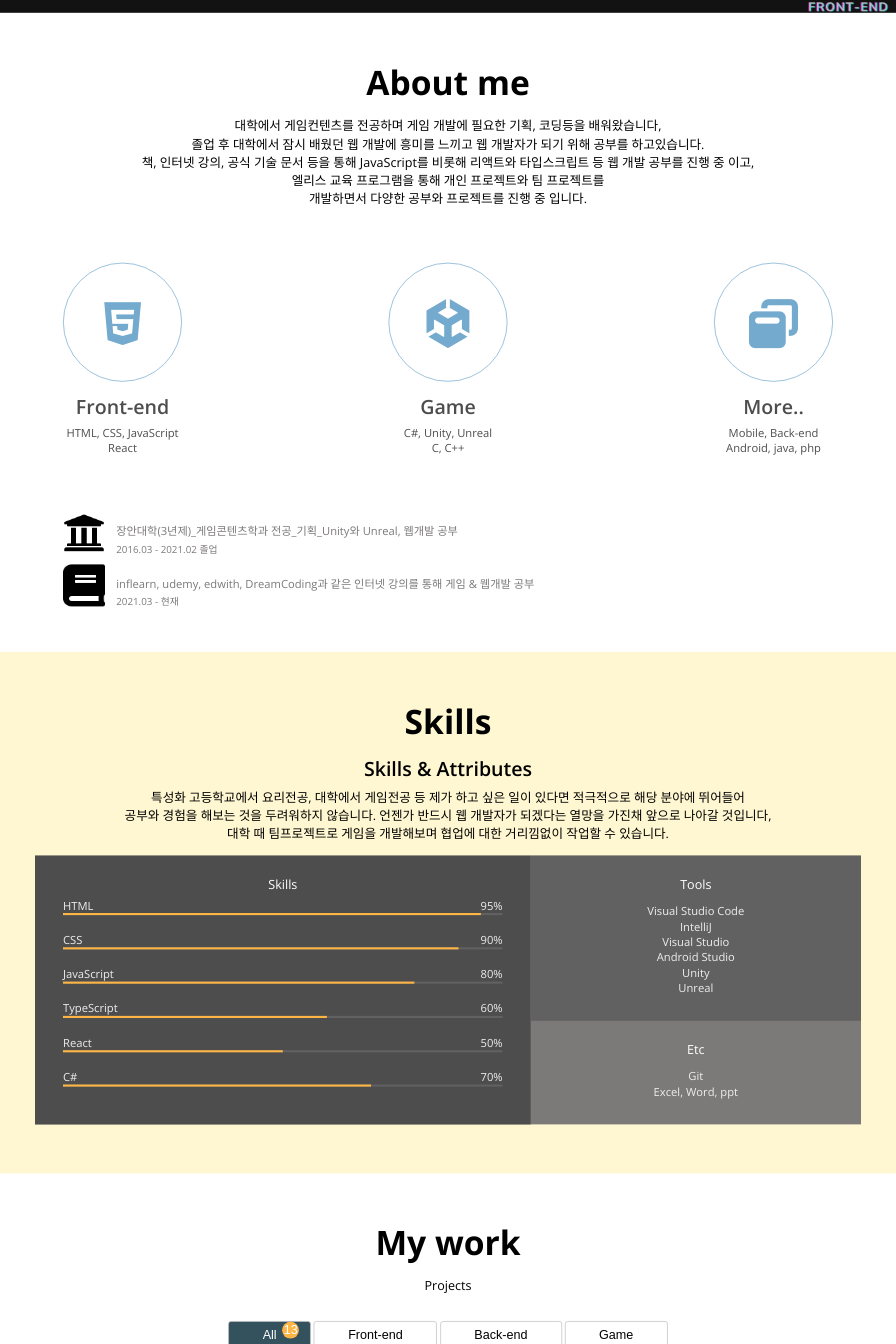
Repository: ydk1204/Web_Portfolio
Page: index.html
These files come from the project's save history. The page is drawn as it stood at one moment and after the next save; the edit follows.
The browser window is 1280 px wide. The pictures show the part of the page from y = 695 to 2615 px (the page is 4797 px tall before and 4771 px after), at 70% of full size.
Some web libraries are served in a nearby version.

Above is the page before, as saved 2022-01-14 00:14:09.

After the next save:
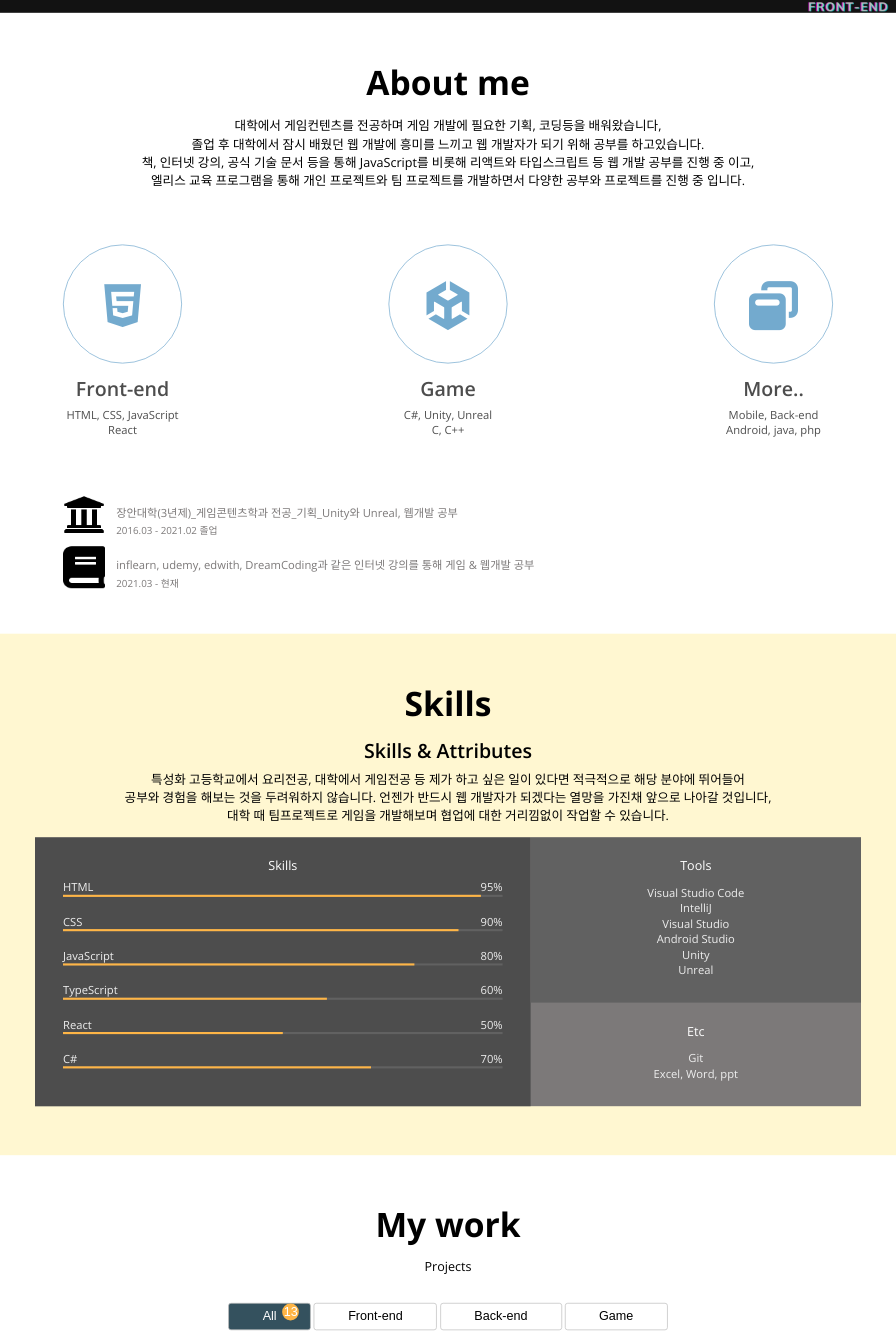
Saved 86 s later.
--- a/index.html
+++ b/index.html
@@ -72,8 +72,8 @@
         위해 공부를 하고있습니다.<br />
         책, 인터넷 강의, 공식 기술 문서 등을 통해 JavaScript를 비롯해 리액트와
         타입스크립트 등 웹 개발 공부를 진행 중 이고,<br />
-        엘리스 교육 프로그램을 통해 개인 프로젝트와 팀 프로젝트를<br />
-        개발하면서 다양한 공부와 프로젝트를 진행 중 입니다.
+        엘리스 교육 프로그램을 통해 개인 프로젝트와 팀 프로젝트를 개발하면서
+        다양한 공부와 프로젝트를 진행 중 입니다.
       </p>
       <div class="about__majors">
         <div class="major">
